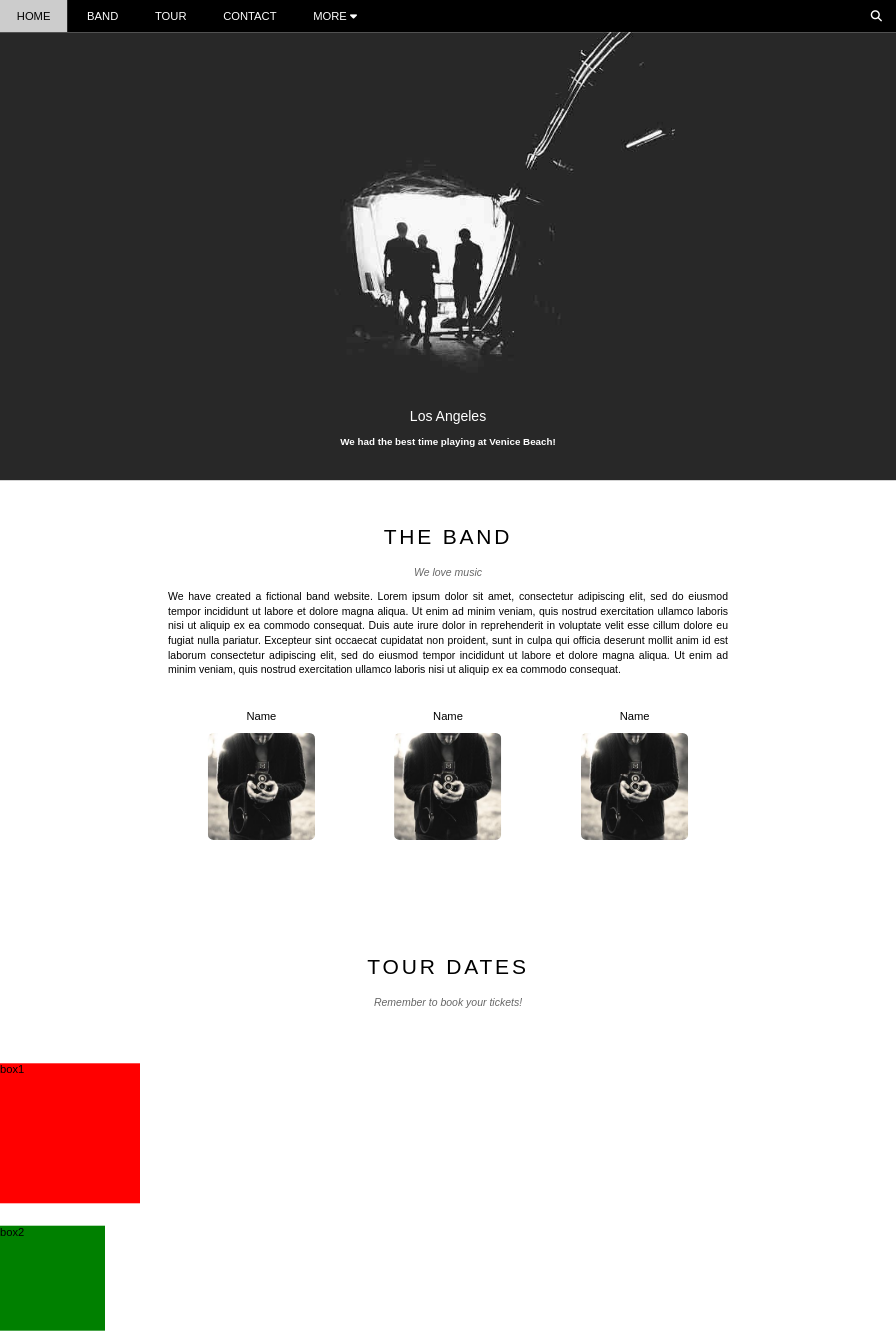
Repository: TranPhucThinh/clone-the-band
Page: index.html
The author's editor kept a copy of each file at every save. The page is drawn from the files as they stood at one save, then again after the next save.
The browser window is 1280 px wide. The pictures show the whole page, at 70% of full size.
Some web libraries are served in a nearby version.

Above is the page before, as saved 2022-08-04 11:49:08.

After the next save:
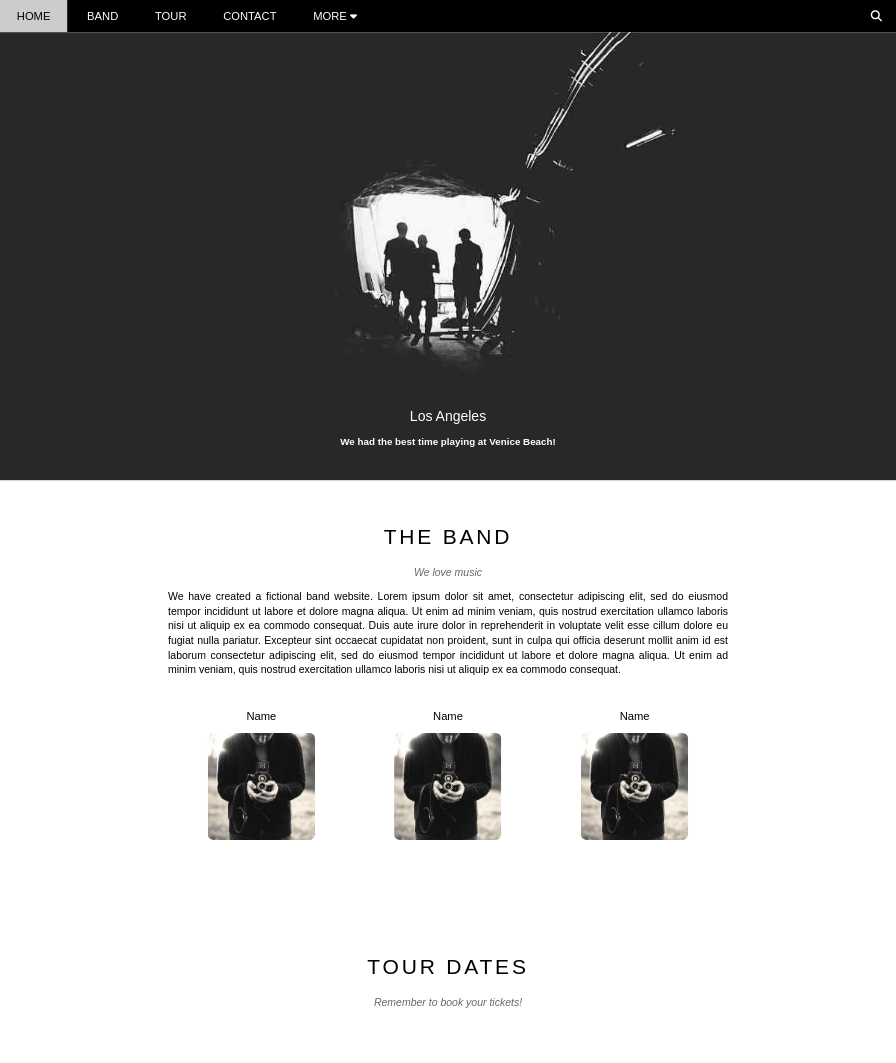
Saved 6 min 1 s later.
--- a/index.html
+++ b/index.html
@@ -94,9 +94,6 @@
 
 
     </div>
-
-    <div class="box1">box1</div>
-    <div class="box2">box2</div>
 </body>
 
 </html>
--- a/assets/style.css
+++ b/assets/style.css
@@ -146,7 +146,7 @@ html {
 #content .member {
   display: flex;
   justify-content: space-around;
-  padding-bottom: 32px;
+  margin-bottom: 32px;
 }
 
 .member p {
@@ -157,15 +157,3 @@ html {
   width: 60%;
   border-radius: 8px;
 }
-
-.box1 {
-  width: 200px;
-  height: 200px;
-  background-color: red;
-  margin-bottom: 32px;
-}
-.box2 {
-  width: 150px;
-  height: 150px;
-  background-color: green;
-}
